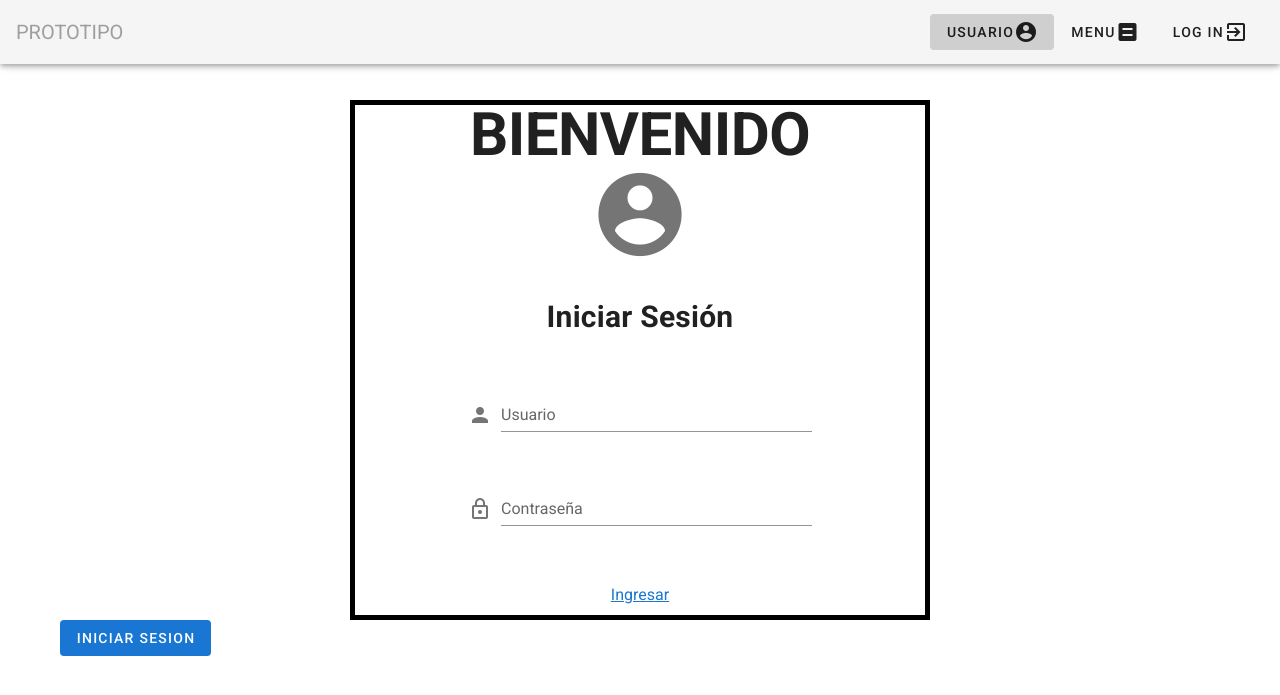
Repository: YojayDeHorta/Administrador-con-filtros
Page: /
The author's editor kept a copy of each file at every save. The page is drawn from the files as they stood at one save, then again after a run of saves.
The browser window is 1280 px wide. The pictures show the whole page.
The project was rebuilt for these pictures with package versions that can differ from the ones it lists, and the page was loaded fresh each time. Also part of the build but not shown: vue.config.js, src/components/Login.vue, src/views/Options.vue, src/components/Filtro.vue, src/components/CrudClientes.vue, src/views/Filter.vue.

Above is the page before, as saved 2021-09-25 16:55:05.

After the next 2 saves:
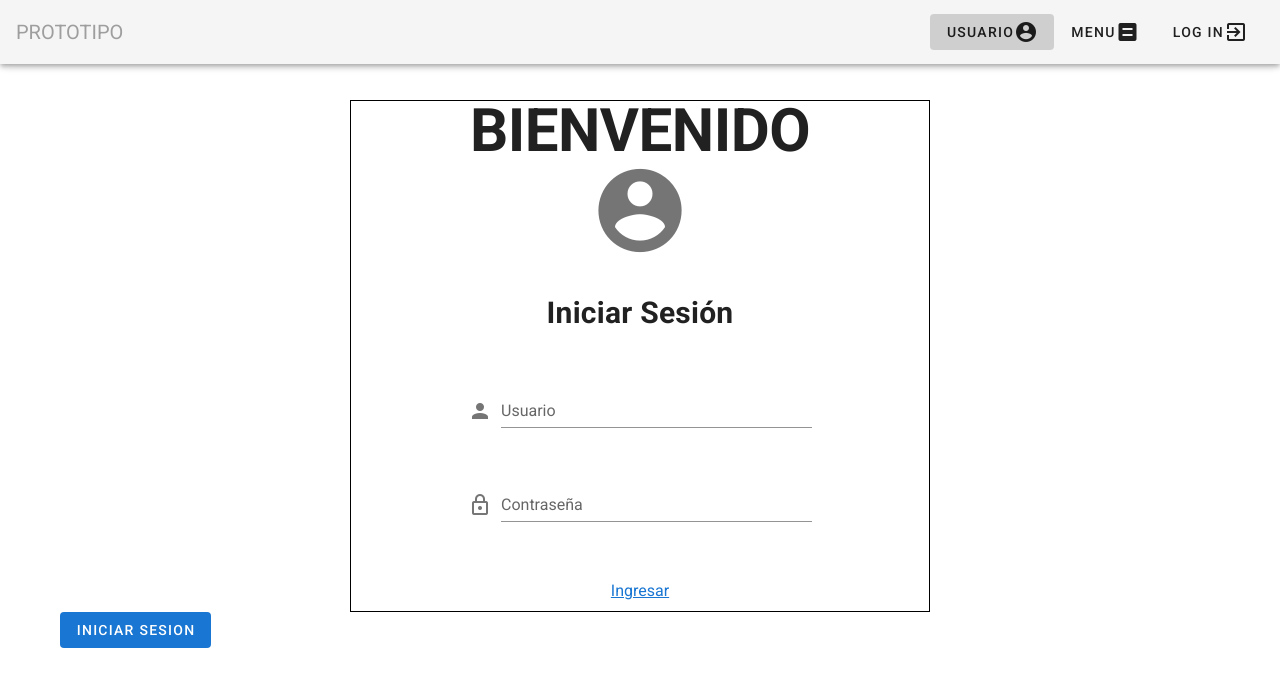
The 2 saves are shown as one change because they came seconds apart.
The last was saved 18 s later.
--- a/src/components/Tabs_Login.vue
+++ b/src/components/Tabs_Login.vue
@@ -58,7 +58,7 @@
     }
 
     .Marco {
-        border: 5px solid black;
+        border: 1px solid black;
         width: 50%;
         margin: auto;
         /*background-color: grey;*/
